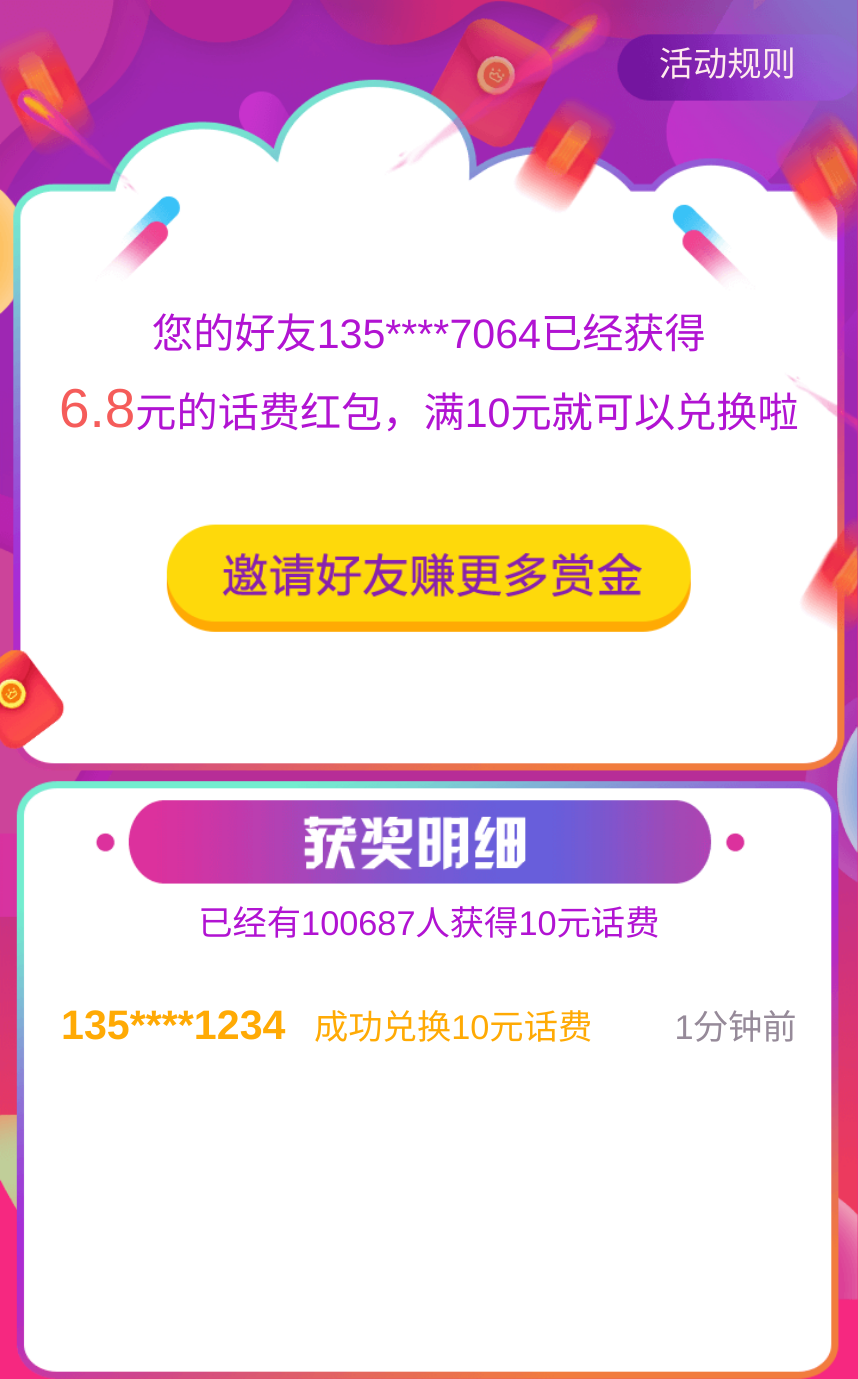
Repository: wangbiaozy/hb
Page: index_hjmx.html
The author's editor kept a copy of each file at every save. The page is drawn from the files as they stood at one save, then again after the next save.
The browser window is 1280 px wide. The pictures show the whole page, at 67% of full size.

Above is the page before, as saved 2018-08-16 16:31:43.

### index_hjmx.html
<!DOCTYPE html>
<html lang="en">
<head>
    <meta charset="UTF-8">
    <meta name="viewport" content="width=device-width, initial-scale=1.0, maximum-scale=1.0, minimum-scale=1.0, user-scalable=no, viewport-fit=cover">
    <meta http-equiv="X-UA-Compatible" content="ie=edge">
    <title>Document</title>
    <link rel="stylesheet" href="css/reset.min.css">
    <link rel="stylesheet/less" href="css/styles_1.less">
    <script src="js/less-1.7.0.min.js"></script>
</head>
<body>
    <section class="main">
        <a id="rule_btn" href="javascript:void(0)">活动规则</a>
        <!-- 获奖明细页 -->
        <div class="detail">
            <p>您的好友<span>135****7064</span>已经获得<br><i>6.8</i>元的话费红包，满10元就可以兑换啦</p>
            <a href="javascript:void(0)"></a>
            <p>已经有<span>100687</span>人获得10元话费</p>
            <div>
                <ul>
                    <li>
                        <h3>135****1234</h3>
                        <p>成功兑换10元话费</p>
                        <span>1分钟前</span>
                    </li>
                </ul>
            </div>
        </div>
    </section>

    <!-- 活动规则弹窗 -->
    <section class="rule">
        <a href="javascript:void(0)"></a>
        <ul>
            <li>1.活动期间，用户通过10086App开屏页，首页轮播图进入活动，领取10元的话费红包。自己可拆开随机金，剩余金额需分享并邀请好友帮忙拆开，每位可帮忙拆开随机金额，全部拆完即可兑换话费。</li>
            <li>2.邀请拆  红包的好友需为新注册10086App的用户，好友在活动页面输入邀请人的邀请码才能成功帮好友拆开红包，好友帮助拆开红包后同时可获得一个话费红包。</li>
            <li>3.用户需在当前红包全部拆完后，才可开启下一个红包。</li>
            <li>4.活动期间一经发现违规等恶意操作等作弊行为将取消获奖资格。</li>
            <li>5.活动期间，用户需持续下载并的登陆110086App，否则话费奖品无法发放。</li>
        </ul>
        <a href="javascript:void(0)"></a>
    </section>
    <!-- 遮罩层 -->
    <section class="mask" id="mask"></section>
</body>
</html>
<script src="js/jquery-1.10.1.min.js"></script>
<script src="js/index.js"></script>

### css/reset.min.css
@charset "utf-8";
/*默认样式清除和初始化*/
body,h1,h2,h3,h4,h5,h6,hr,p,blockquote,dl,dt,dd,ul,ol,li,button,input,textarea,th,td{margin:0;padding:0}body{font-size:12px;font-style:normal;font-family:"\5FAE\8F6F\96C5\9ED1",Helvetica,sans-serif}small{font-size:12px}h1{font-size:18px}h2{font-size:16px}h3{font-size:14px}h4,h5,h6{font-size:100%}ul,ol{list-style:none}a{text-decoration:none;background-color:transparent}a:hover,a:active{outline-width:0;text-decoration:none}table{border-collapse:collapse;border-spacing:0}hr{border:0;height:1px}img{border-style:none}img:not([src]){display:none}svg:not(:root){overflow:hidden}html{-webkit-touch-callout:none;-webkit-text-size-adjust:100%}input,textarea,button,a{-webkit-tap-highlight-color:rgba(0,0,0,0)}article,aside,details,figcaption,figure,footer,header,main,menu,nav,section,summary{display:block}audio,canvas,progress,video{display:inline-block}audio:not([controls]),video:not([controls]){display:none;height:0}progress{vertical-align:baseline}mark{background-color:#ff0;color:#000}sub,sup{position:relative;font-size:75%;line-height:0;vertical-align:baseline}sub{bottom:-0.25em}sup{top:-0.5em}button,input,select,textarea{font-size:100%;outline:0}button,input{overflow:visible}button,select{text-transform:none}textarea{overflow:auto}button,html [type="button"],[type="reset"],[type="submit"]{-webkit-appearance:button}button::-moz-focus-inner,[type="button"]::-moz-focus-inner,[type="reset"]::-moz-focus-inner,[type="submit"]::-moz-focus-inner{border-style:none;padding:0}button:-moz-focusring,[type="button"]:-moz-focusring,[type="reset"]:-moz-focusring,[type="submit"]:-moz-focusring{outline:1px dotted ButtonText}[type="checkbox"],[type="radio"]{box-sizing:border-box;padding:0}[type="number"]::-webkit-inner-spin-button,[type="number"]::-webkit-outer-spin-button{height:auto}[type="search"]{-webkit-appearance:textfield;outline-offset:-2px}[type="search"]::-webkit-search-cancel-button,[type="search"]::-webkit-search-decoration{-webkit-appearance:none}::-webkit-input-placeholder{color:inherit;opacity:.54}::-webkit-file-upload-button{-webkit-appearance:button;font:inherit}.clear:after{display:block;height:0;content:"";clear:both}
*{ -webkit-tap-highlight-color: rgba(0,0,0,0);-webkit-tap-highlight-color: transparent; /* For some Androids */ }

### js/index.js
(function (doc, win) {
    var docEl = doc.documentElement,
        resizeEvt = 'orientationchange' in window ? 'orientationchange' : 'resize',
        recalc = function () {
            var clientWidth = docEl.clientWidth;
            if (!clientWidth) return;
            docEl.style.fontSize = 100 * (clientWidth / 750) + 'px';
        };
    if (!doc.addEventListener) return;
    win.addEventListener(resizeEvt, recalc, false);
    doc.addEventListener('DOMContentLoaded', recalc, false);
})(document, window);
$(function () {

    //显示非中奖页背景
    function showFirstPageBg(){
        $('.main').removeClass('result');
    }
    //显示中奖页背景
    function showResultPageBg(){
        $('.main').addClass('result');
    }
    //显示活动规则弹窗
    $('#rule_btn').on('click',function(){
        $('.rule').show();
        showMask();
    });
    //关闭活动规则弹窗
    function hideRuleModel(){
        $('.rule').hide();
        hideMask();
    }
    $('.rule').on('click','a',function(){
        hideRuleModel();
    });
    //首页赚钱攻略按钮
    $('#gl_btn').on('click',function(){
        $('.gl').show();
        showMask();
    })
    //首页抽红包按钮
    $('#cj').on('click',function(){
        //奖品金额随机数
        var num = (Math.random()*9+1).toFixed(2);
        $('#moneyText').text(num);
        $('.result').show();
        $('.f_page').hide();
        showResultPageBg();
    });

    //显示弹窗
    function showModel(){
        $('.model').show();
        showMask();
    }

    //关闭弹窗
    $('.close').on('click',function(){
        $(this).parent().parent().hide();
        hideMask();
    });
    //显示遮罩层
    function showMask(){
        $("#mask").css("height",$(document).height());
        $("#mask").css("width",$(document).width());
        $("#mask").show();
        $('body').css('position','fixed');
    }
    //隐藏遮罩层
    function hideMask(){
        $("#mask").hide();
        $('body').css('position','unset');
    }
});

Loaded but not shown: js/less-1.7.0.min.js (library); js/jquery-1.10.1.min.js (library)

After the next save:
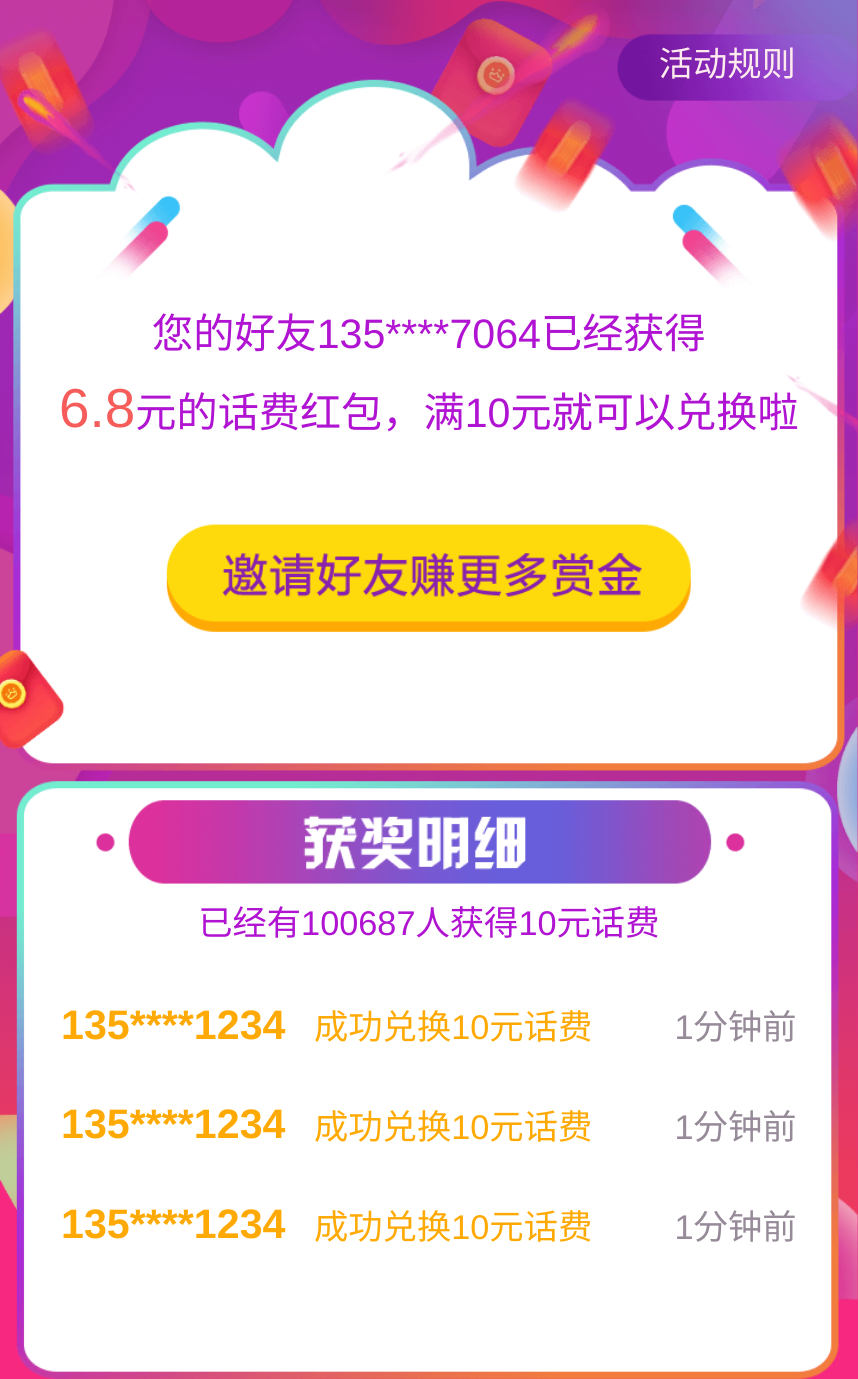
Saved 39 s later.
--- a/index_hjmx.html
+++ b/index_hjmx.html
@@ -19,6 +19,16 @@
             <p>已经有<span>100687</span>人获得10元话费</p>
             <div>
                 <ul>
+                    <li>
+                        <h3>135****1234</h3>
+                        <p>成功兑换10元话费</p>
+                        <span>1分钟前</span>
+                    </li>
+                    <li>
+                        <h3>135****1234</h3>
+                        <p>成功兑换10元话费</p>
+                        <span>1分钟前</span>
+                    </li>
                     <li>
                         <h3>135****1234</h3>
                         <p>成功兑换10元话费</p>
